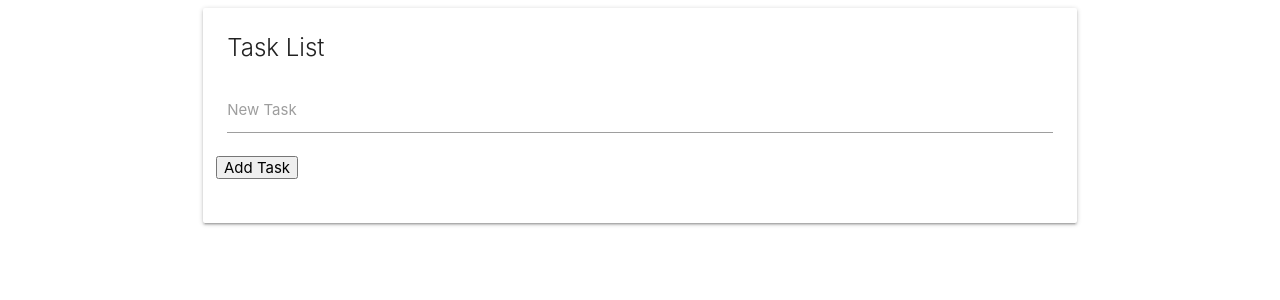
Repository: YasirGaji/Sandbox
Page: index.html
The author's editor kept a copy of each file at every save. The page is drawn from the files as they stood at one save, then again after the next save.
The browser window is 1280 px wide. The pictures show the whole page.

Above is the page before, as saved 2021-12-01 15:17:19.

### index.html
<!DOCTYPE html>
<html lang="en">
<head>
  <meta charset="UTF-8">
  <meta http-equiv="X-UA-Compatible" content="IE=edge">
  <meta name="viewport" content="width=device-width, initial-scale=1.0">

  <!-- Compiled and minified CSS -->
  <link rel="stylesheet" href="https://cdnjs.cloudflare.com/ajax/libs/materialize/1.0.0/css/materialize.min.css">

  <link rel="stylesheet" href="https://cdn.jsdelivr.net/npm/@fortawesome/fontawesome-free@5.15.4/css/fontawesome.min.css" integrity="sha384-jLKHWM3JRmfMU0A5x5AkjWkw/EYfGUAGagvnfryNV3F9VqM98XiIH7VBGVoxVSc7" crossorigin="anonymous">

  <title>Task List</title>
</head>
<body>
  <div class="container">
    <div class="row">
      <div class="col s12">
        <div id="main" class="card">
          <div class="card-content">
            <span class="card-title">Task List</span>
            <div class="row">
              <form id="task-form">
                <div class="input-field col s12">
                  <input type="text" name="task" id="task">
                  <label for="task">New Task</label>
                </div>
                <input type="submit" value="Add Task">
              </form>
            </div>
          </div>
        </div>
      </div>
    </div>
  </div>

  <script
  src="https://code.jquery.com/jquery-3.6.0.js"
  integrity="sha256-H+K7U5CnXl1h5ywQfKtSj8PCmoN9aaq30gDh27Xc0jk="
  crossorigin="anonymous"></script>

  <!-- Compiled and minified JavaScript -->
  <script src="https://cdnjs.cloudflare.com/ajax/libs/materialize/1.0.0/js/materialize.min.js"></script>

  <script src="/app.js"></script>
</body>
</html>

Loaded but not shown: app.js (no stored copy; drawn as an empty file)

After the next save:
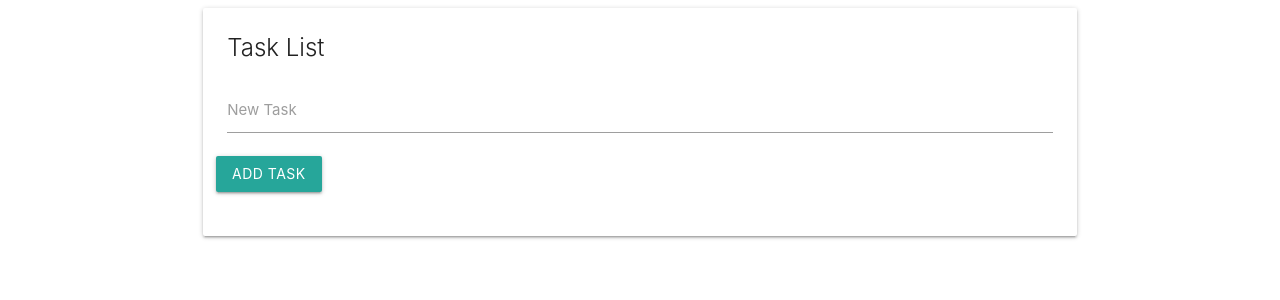
Saved 18 s later.
--- a/index.html
+++ b/index.html
@@ -25,7 +25,7 @@
                   <input type="text" name="task" id="task">
                   <label for="task">New Task</label>
                 </div>
-                <input type="submit" value="Add Task">
+                <input type="submit" value="Add Task" class="btn">
               </form>
             </div>
           </div>
